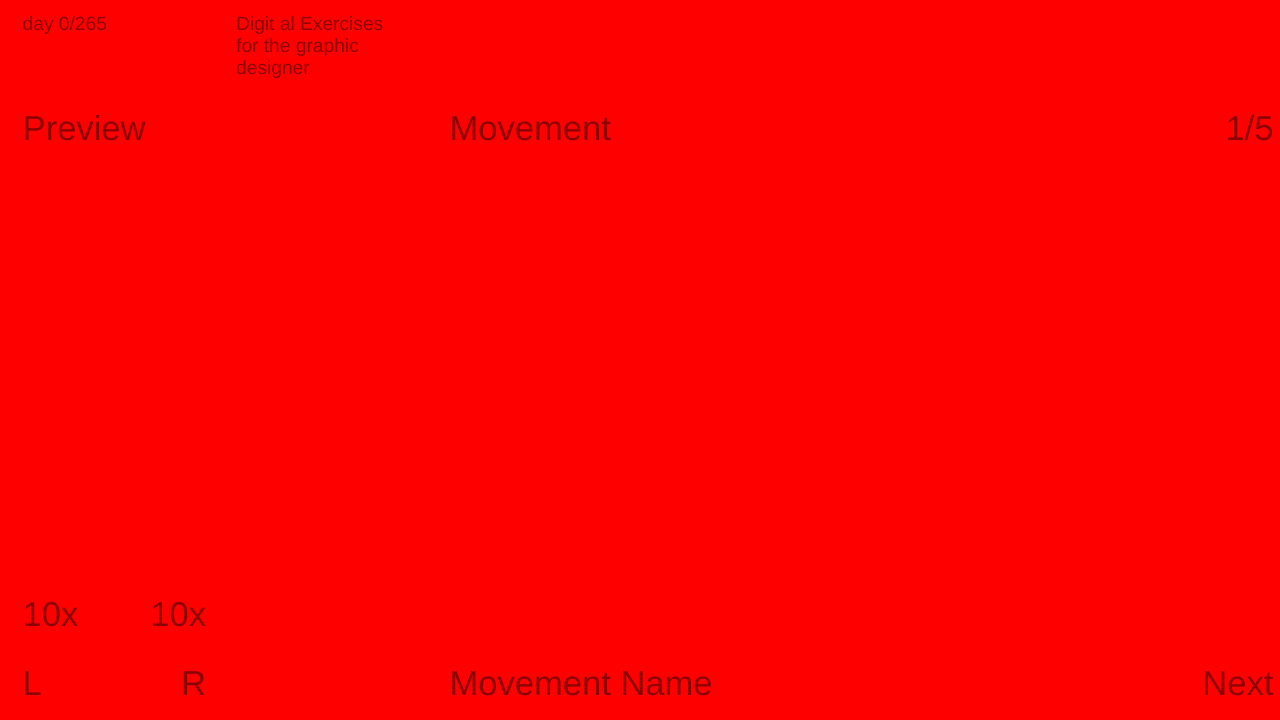
Repository: NoIdeasStudio/holiday-card-2024
Page: digit-al-exercises.html
These files come from the project's save history. The page is drawn as it stood at one moment and after the next save; the edit follows.
The browser window is 1280 px wide. The pictures show the whole page.

Above is the page before, as saved 2024-12-04 12:51:15.

After the next save:
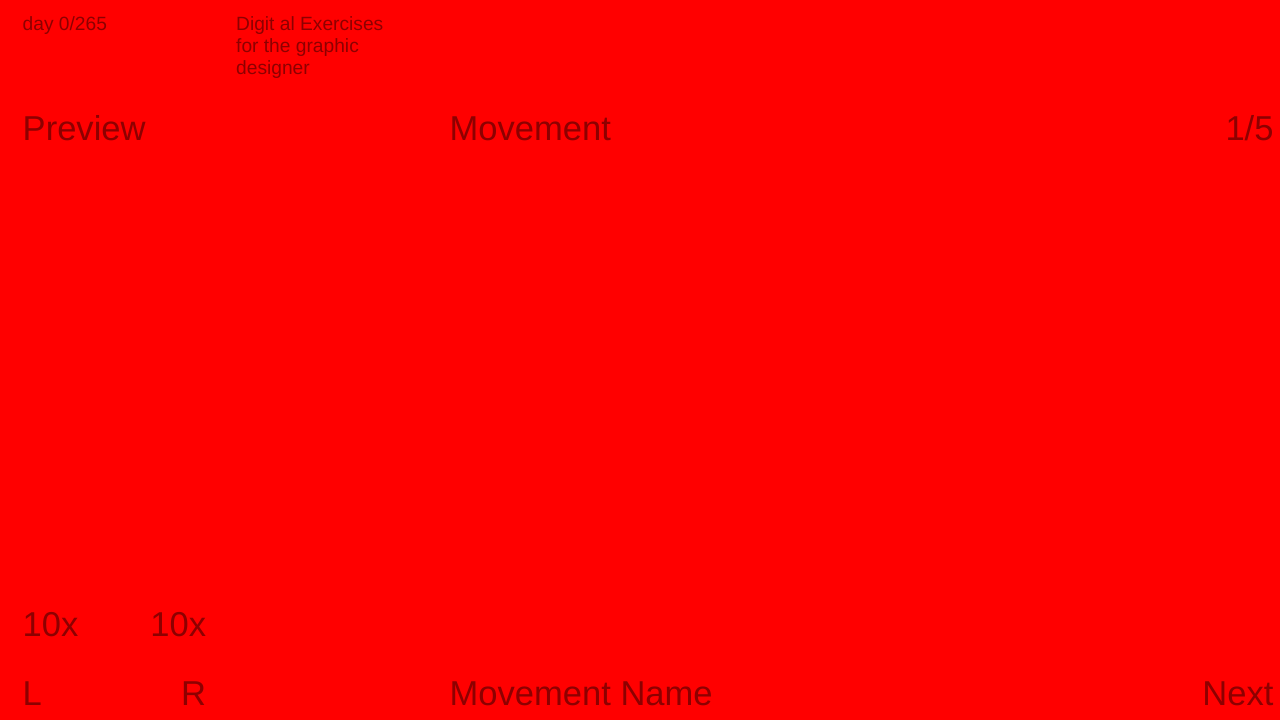
Saved 4 s later.
--- a/style.css
+++ b/style.css
@@ -16,7 +16,7 @@
     gap: 20px;
     padding-left: .5em;
     padding-right: .5em;
-    padding-bottom: 20px;
+    padding-bottom: .5em;
   }
 
   .wrapper > * {
